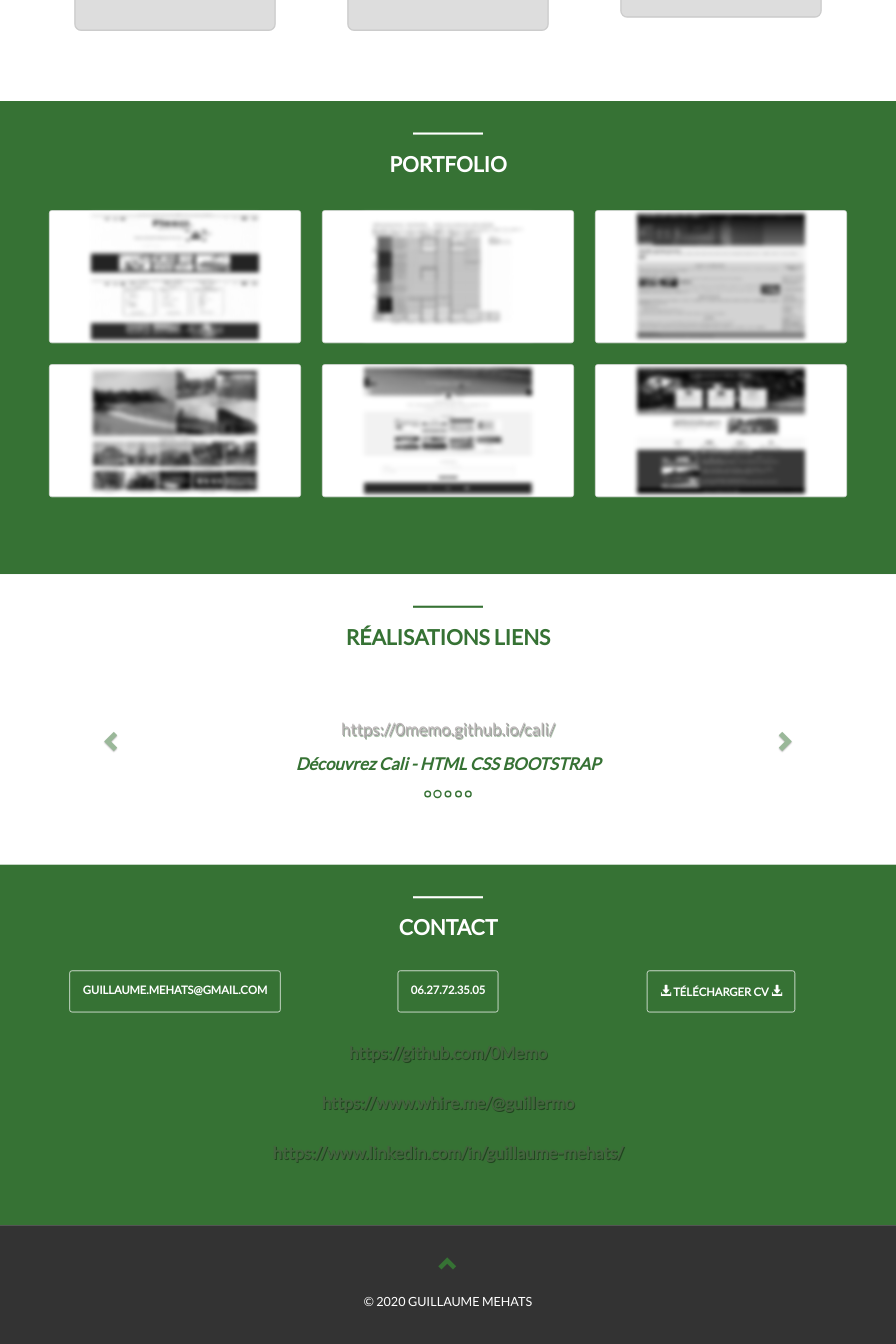
Repository: 0Memo/mon-cv
Page: index.html
These files come from the project's save history. The page is drawn as it stood at one moment and after the next save; the edit follows.
The browser window is 1280 px wide. The pictures show the part of the page from y = 4266 to 6186 px (the page is 6186 px tall before and 6179 px after), at 70% of full size.

Above is the page before, as saved 2020-12-30 08:26:56.

After the next save:
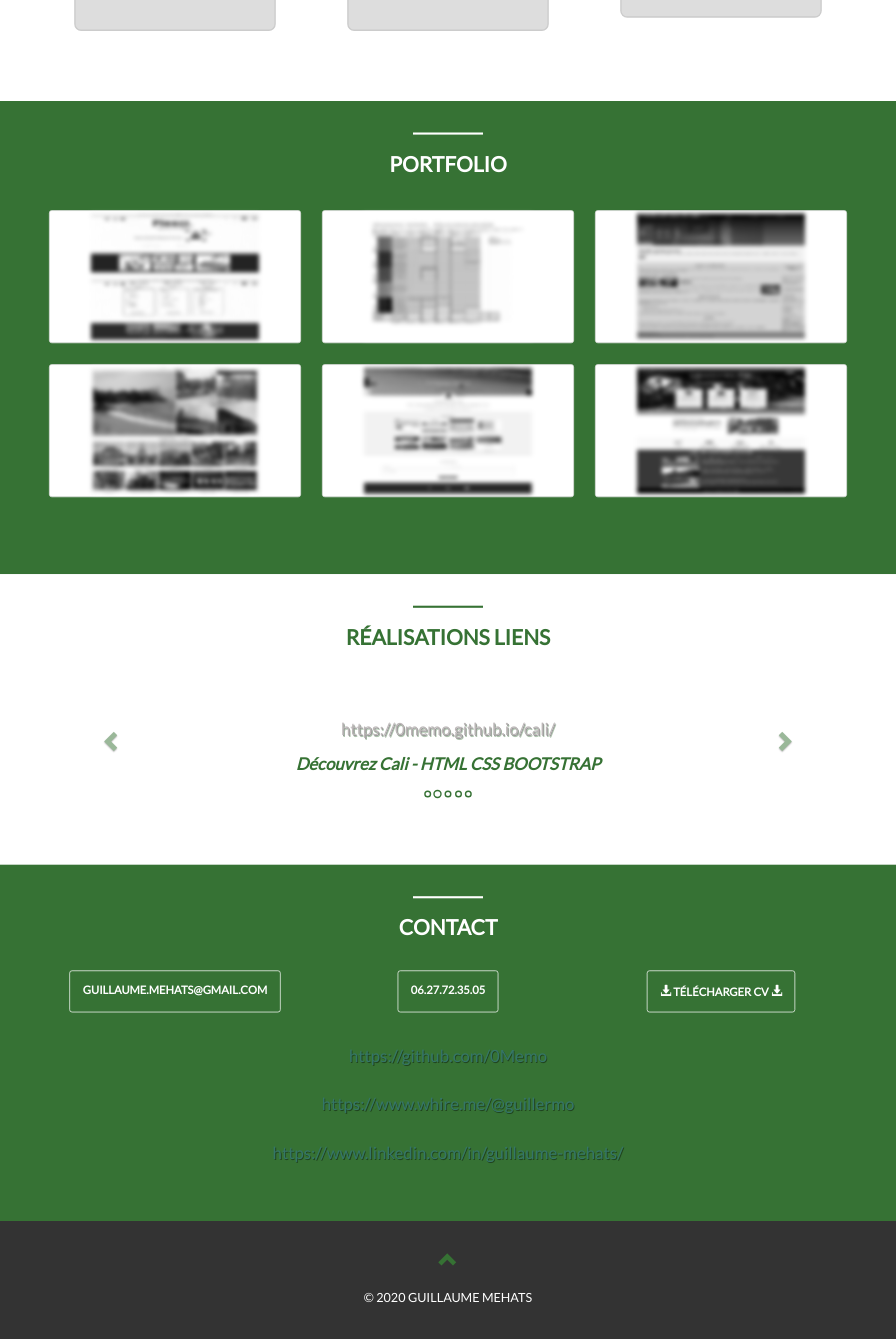
Saved 89 s later.
--- a/index.html
+++ b/index.html
@@ -371,21 +371,21 @@
                 <div class="row text-center">
                     <div class="col-12">
                         <div class="github">
-                            <h3>https://github.com/0Memo</h3>
+                            <a href="https://github.com/0Memo">https://github.com/0Memo</a>
                         </div>
                     </div>
                 </div>
                 <div class="row text-center">
                     <div class="col-12">
                         <div class="whire">
-                            <h3>https://www.whire.me/@guillermo</h3>
+                            <a href="https://www.whire.me/@guillermo">https://www.whire.me/@guillermo</a>
                         </div>
                     </div>
                 </div>
                 <div class="row text-center">
                     <div class="col-12">
                         <div class="linkedIn">
-                            <h3>https://www.linkedin.com/in/guillaume-mehats/</h3>
+                            <a href="https://www.linkedin.com/in/guillaume-mehats/">https://www.linkedin.com/in/guillaume-mehats/</a>
                         </div>
                     </div>
                 </div>
